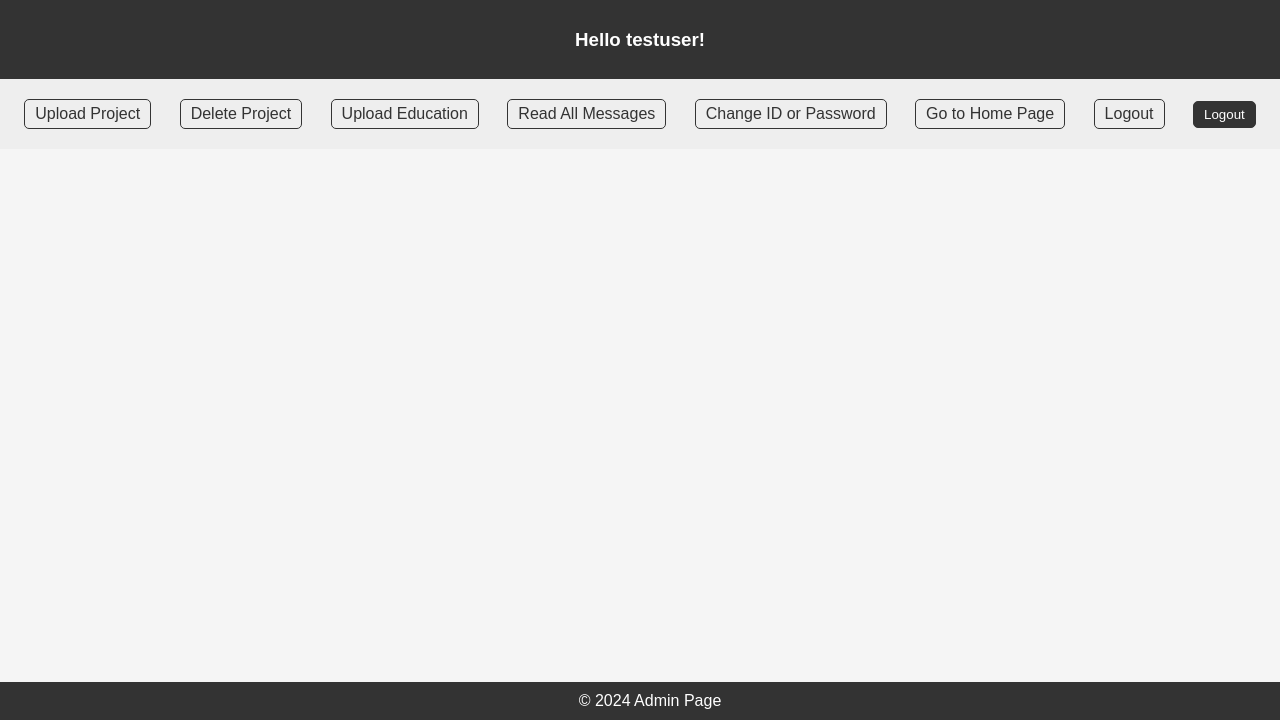
Repository: HAIDAR123654/CodeHuntMvcProject
Page: http://localhost/myportfolio/admin.jsp
These files come from the project's save history. The page is drawn as it stood at one moment and after the next save; the edit follows.
The browser window is 1280 px wide. The pictures show the whole page.
The page is served by Tomcat 9. The session is filled in as if someone had signed in: {"username": "testuser", "login": "testuser"}.

Above is the page before, as saved 2024-01-26 17:47:02.

After the next save:
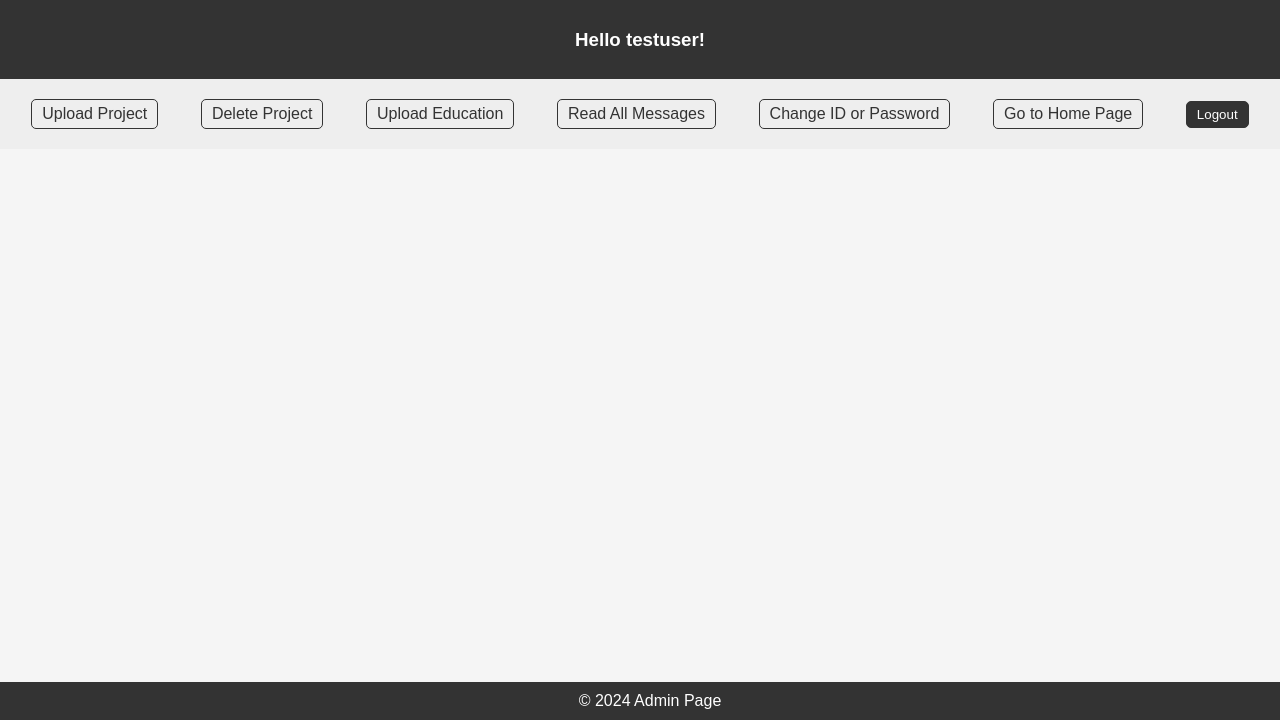
Saved 82 s later.
--- a/myportfolio/src/main/webapp/admin.jsp
+++ b/myportfolio/src/main/webapp/admin.jsp
@@ -89,7 +89,7 @@
         <a href="read-message.jsp">Read All Messages</a>
         <a href="change.jsp">Change ID or Password</a>
         <a href="index.jsp">Go to Home Page</a>
-        <a href="#">Logout</a>
+
 
         <form action="Logout" method="post">
            <button>Logout</button>
